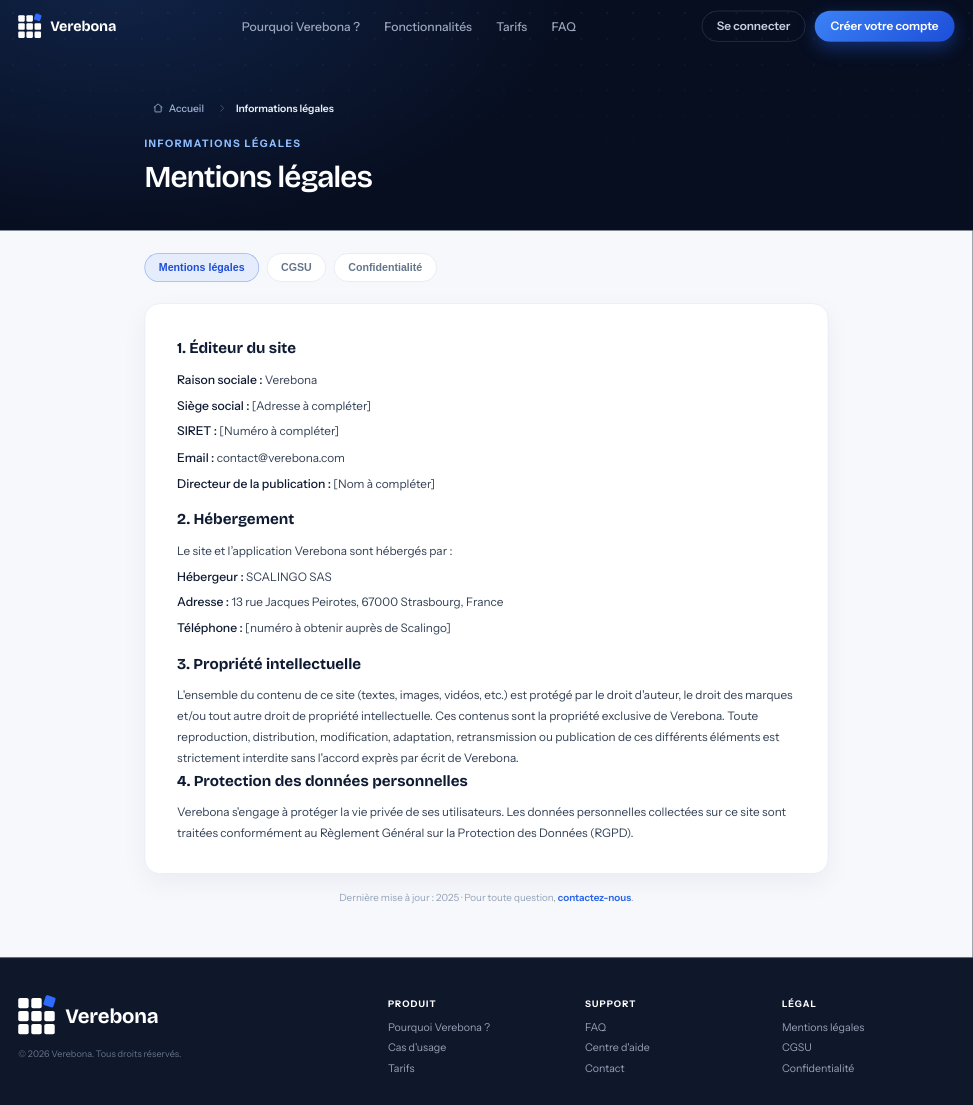
Repository: AdminVerebona/verebona-public
Page: /mentions-legales
An editor plug-in stored every save of this project. The page is shown before and after the next save, followed by the edit.
The browser window is 1280 px wide. The pictures show the whole page, at 76% of full size.
The project was rebuilt for these pictures with package versions that can differ from the ones it lists, and the page was loaded fresh each time. Also part of the build but not shown: next.config.mjs, vite.config.js, vite.config.ts, src/composables/useLanding.ts, src/sections/HeroSection.vue, src/sections/WhySection.vue, src/sections/UseCasesSection.vue, src/sections/FeaturesSection.vue and 6 more.

Above is the page before, as saved 2026-07-10 15:16:43.

### index.html
<!doctype html>
<html lang="fr">
  <head>
    <meta charset="UTF-8" />
    <meta name="viewport" content="width=device-width, initial-scale=1.0" />
    <title>Verebona — Centralisez, organisez, valorisez vos biens</title>
    <meta
      name="description"
      content="Verebona centralise vos biens, documents et échéances pour les retrouver facilement, anticiper les dates importantes et valoriser vos biens le moment venu."
    />
  </head>
  <body>
    <div id="app"></div>
    <script type="module" src="/src/main.ts"></script>
  </body>
</html>

### src/main.ts
import { createApp } from 'vue'
import App from './App.vue'
import router from './router'
import { vHover } from './directives/hover'
import './style.css'

createApp(App)
  .use(router)
  .directive('hover', vHover)
  .mount('#app')

### src/App.vue
<template>
  <div style="background:#070E20;color:#EAF0FB;overflow-x:hidden;min-height:100vh">
    <AppHeader />
    <router-view />
    <AppFooter />
  </div>
</template>

<script setup lang="ts">
import { onMounted, watch, nextTick } from 'vue'
import { useRoute } from 'vue-router'
import AppHeader from './components/AppHeader.vue'
import AppFooter from './components/AppFooter.vue'
import { useScrollReveal } from './composables/useScrollReveal'

const route = useRoute()
const { scan } = useScrollReveal()

onMounted(() => { scan() })

// Re-scan reveal targets whenever the route (page) changes.
watch(
  () => route.fullPath,
  () => { nextTick(() => setTimeout(scan, 60)) },
)
</script>

### src/router/index.ts
import { createRouter, createWebHistory } from 'vue-router'
import HomeView from '../views/HomeView.vue'

const routes = [
  { path: '/', name: 'home', component: HomeView },
  { path: '/aide', name: 'help', component: () => import('../views/HelpView.vue') },
  { path: '/contact', name: 'contact', component: () => import('../views/ContactView.vue') },
  { path: '/mentions-legales', name: 'legal-mentions', component: () => import('../views/LegalView.vue') },
  { path: '/cgu', name: 'legal-cgu', component: () => import('../views/LegalView.vue') },
  { path: '/confidentialite', name: 'legal-confid', component: () => import('../views/LegalView.vue') },
  { path: '/:pathMatch(.*)*', name: 'not-found', component: () => import('../views/NotFoundView.vue') },
]

const router = createRouter({
  history: createWebHistory(),
  routes,
  scrollBehavior(to) {
    if (to.hash) return { el: to.hash, behavior: 'smooth' }
    return { top: 0 }
  },
})

export default router

### src/directives/hover.ts
import type { Directive } from 'vue'

/**
 * v-hover — applies a set of inline styles while the pointer is over the
 * element, and restores the previous values on leave. Reproduces the
 * `style-hover` behaviour of the design prototype.
 *
 * Usage:  <a v-hover="{ color: '#fff', transform: 'translateY(-1px)' }">
 */
type HoverStyles = Record<string, string>

interface HoverEl extends HTMLElement {
  __hoverEnter?: () => void
  __hoverLeave?: () => void
}

export const vHover: Directive<HoverEl, HoverStyles> = {
  mounted(el, binding) {
    const styles = binding.value || {}
    const original: HoverStyles = {}

    const enter = () => {
      for (const key in styles) {
        original[key] = (el.style as any)[key]
        ;(el.style as any)[key] = styles[key]
      }
    }
    const leave = () => {
      for (const key in styles) {
        ;(el.style as any)[key] = original[key] || ''
      }
    }

    el.__hoverEnter = enter
    el.__hoverLeave = leave
    el.addEventListener('mouseenter', enter)
    el.addEventListener('mouseleave', leave)
  },
  unmounted(el) {
    if (el.__hoverEnter) el.removeEventListener('mouseenter', el.__hoverEnter)
    if (el.__hoverLeave) el.removeEventListener('mouseleave', el.__hoverLeave)
  },
}

### src/composables/useScrollReveal.ts
/**
 * Scroll-reveal: adds `.vb-in` to `.vb-reveal` / `.vb-rgroup` elements as they
 * enter the viewport (staggering the children of a group). Ported from the
 * prototype's IntersectionObserver logic. Honours prefers-reduced-motion and
 * has a safety timeout so content is never left hidden.
 */
let io: IntersectionObserver | null = null

const reduce =
  typeof window !== 'undefined' &&
  !!window.matchMedia &&
  window.matchMedia('(prefers-reduced-motion: reduce)').matches

if (!reduce && typeof document !== 'undefined') {
  document.documentElement.classList.add('vb-anim')
}

function revealAll() {
  document.querySelectorAll('.vb-reveal').forEach((e) => e.classList.add('vb-in'))
  document.querySelectorAll('.vb-rgroup > *').forEach((e) => e.classList.add('vb-in'))
}

function ensureObserver() {
  if (io || reduce || typeof window === 'undefined' || !('IntersectionObserver' in window)) return
  io = new IntersectionObserver(
    (entries) => {
      entries.forEach((entry) => {
        if (!entry.isIntersecting) return
        const el = entry.target as HTMLElement
        io!.unobserve(el)
        if (el.classList.contains('vb-rgroup')) {
          Array.from(el.children).forEach((c, i) => {
            ;(c as HTMLElement).style.transitionDelay = i * 90 + 'ms'
            c.classList.add('vb-in')
          })
        } else {
          el.classList.add('vb-in')
        }
      })
    },
    { threshold: 0.12, rootMargin: '0px 0px -8% 0px' },
  )
}

export function useScrollReveal() {
  function scan() {
    if (reduce || typeof window === 'undefined' || !('IntersectionObserver' in window)) {
      revealAll()
      return
    }
    ensureObserver()
    document.querySelectorAll('.vb-reveal, .vb-rgroup').forEach((el) => io!.observe(el))
    // Safety net: never leave content hidden.
    window.setTimeout(revealAll, 2200)
  }
  return { scan }
}

### src/views/LegalView.vue
<template>
<section style="position:relative;padding:128px 24px 48px;overflow:hidden;background:radial-gradient(1000px 560px at 12% -10%,rgba(59,130,246,.18),transparent 60%),#070E20">
  <div style="position:absolute;inset:0;background-image:radial-gradient(rgba(148,163,184,.09) 1px,transparent 1px);background-size:34px 34px;-webkit-mask-image:linear-gradient(to bottom,#000,transparent 85%);mask-image:linear-gradient(to bottom,#000,transparent 85%);pointer-events:none"></div>
  <div style="max-width:900px;margin:0 auto;position:relative">
    <nav aria-label="Fil d'Ariane" style="margin-bottom:24px"><ol style="display:flex;align-items:center;gap:6px;list-style:none;margin:0;padding:0;font-size:13.5px"><li style="display:flex;align-items:center"><a href="#" @click.prevent="goHome" style="display:inline-flex;align-items:center;gap:7px;color:#9FB4D8;font-weight:500;padding:6px 11px;border-radius:9px;cursor:pointer;transition:color .15s,background .15s" v-hover="{color:'#fff',background:'rgba(255,255,255,.06)'}"><svg width="14" height="14" viewBox="0 0 24 24" fill="none" stroke="currentColor" stroke-width="1.9" stroke-linecap="round" stroke-linejoin="round"><path d="M3 10.5 12 3l9 7.5"/><path d="M5 9.5V20a1 1 0 0 0 1 1h12a1 1 0 0 0 1-1V9.5"/></svg>Accueil</a></li><li aria-hidden="true" style="display:flex;color:#42557A"><svg width="15" height="15" viewBox="0 0 24 24" fill="none" stroke="currentColor" stroke-width="2" stroke-linecap="round" stroke-linejoin="round"><path d="M9 6l6 6-6 6"/></svg></li><li aria-current="page" style="color:#EAF0FB;font-weight:600;padding:6px 4px">{{ crumbLabel }}</li></ol></nav>
    <div style="font-size:13.5px;letter-spacing:.15em;text-transform:uppercase;font-weight:800;color:#8FBEFF;margin-bottom:16px">Informations légales</div>
    <h1 style="font-size:40px;line-height:1.08;font-weight:600;letter-spacing:-.025em;color:#fff">{{ legalTitle }}</h1>
  </div>
</section>
<section style="background:#F6F8FC;padding:30px 24px 72px">
  <div style="max-width:900px;margin:0 auto">
    <div style="display:flex;flex-wrap:wrap;gap:10px;margin-bottom:28px">
      <button type="button" :style="legalMentionsStyle" @click.prevent="goMentions">Mentions légales</button>
      <button type="button" :style="legalCGUStyle" @click.prevent="goCGU">CGSU</button>
      <button type="button" :style="legalConfidStyle" @click.prevent="goConfid">Confidentialité</button>
    </div>
    <div style="background:#fff;border:1px solid #E6EBF3;border-radius:20px;padding:40px 42px;box-shadow:0 12px 34px rgba(15,27,51,.05)">
      <template v-if="isMentions">
        <div style="font-size:15.5px;line-height:1.75;color:#334155">
          <h2 style="font-size:20px;font-weight:700;color:#0F1B33;font-family:'Bricolage Grotesque',sans-serif;margin:0 0 10px">1. Éditeur du site</h2>
          <p style="margin:0 0 6px"><span style="font-size:16px;font-weight:500;color:#0F1B33">Raison sociale :</span> Verebona</p>
          <p style="margin:0 0 6px"><span style="font-size:16px;font-weight:500;color:#0F1B33">Siège social :</span> [Adresse à compléter]</p>
          <p style="margin:0 0 6px"><span style="font-size:16px;font-weight:500;color:#0F1B33">SIRET :</span> [Numéro à compléter]</p>
          <p style="margin:0 0 6px"><span style="font-size:16px;font-weight:500;color:#0F1B33">Email :</span> contact@verebona.com</p>
          <p style="margin:0 0 16px"><span style="font-size:16px;font-weight:500;color:#0F1B33">Directeur de la publication :</span> [Nom à compléter]</p>
          <h2 style="font-size:20px;font-weight:700;color:#0F1B33;font-family:'Bricolage Grotesque',sans-serif;margin:0 0 10px">2. Hébergement</h2>
          <p style="margin:0 0 6px">Le site et l’application Verebona sont hébergés par : </p>
          <p style="margin:0 0 6px"><span style="font-size:16px;font-weight:500;color:#0F1B33">Hébergeur :</span> SCALINGO SAS</p>
          <p style="margin:0 0 6px"><span style="font-size:16px;font-weight:500;color:#0F1B33">Adresse :</span> 13 rue Jacques Peirotes, 67000 Strasbourg, France</p>
          <p style="margin:0 0 16px"><span style="font-size:16px;font-weight:500;color:#0F1B33">Téléphone :</span> [numéro à obtenir auprès de Scalingo]</p>
          <h2 style="font-size:20px;font-weight:700;color:#0F1B33;font-family:'Bricolage Grotesque',sans-serif;margin:0 0 10px">3. Propriété intellectuelle</h2>
          <p style="margin:0">L'ensemble du contenu de ce site (textes, images, vidéos, etc.) est protégé par le droit d'auteur, le droit des marques et/ou tout autre droit de propriété intellectuelle. Ces contenus sont la propriété exclusive de Verebona. Toute reproduction, distribution, modification, adaptation, retransmission ou publication de ces différents éléments est strictement interdite sans l'accord exprès par écrit de Verebona.</p>
        <h2 style="font-size:20px;font-weight:700;color:#0F1B33;font-family:'Bricolage Grotesque',sans-serif;margin:0 0 10px">4. Protection des données personnelles</h2>
          <p style="margin:0">Verebona s'engage à protéger la vie privée de ses utilisateurs. Les données personnelles collectées sur ce site sont traitées conformément au Règlement Général sur la Protection des Données (RGPD).</p>

        </div>
      </template>
      <template v-if="isCGU">
        <div style="font-size:15.5px;line-height:1.75;color:#334155">
          <h2 style="font-size:20px;font-weight:700;color:#0F1B33;font-family:'Bricolage Grotesque',sans-serif;margin:0 0 10px">1. Objet</h2>
          <p style="margin:0 0 22px">Les présentes conditions générales de service et d'utilisation (CGSU) définissent les modalités d'accès et d'utilisation de la plateforme Verebona, service de centralisation et d'organisation documentaire du patrimoine.</p>
          <h2 style="font-size:20px;font-weight:700;color:#0F1B33;font-family:'Bricolage Grotesque',sans-serif;margin:0 0 10px">2. Compte et abonnement</h2>
          <p style="margin:0 0 22px">L'accès au service nécessite la création d'un compte et la souscription d'une offre. L'utilisateur s'engage à fournir des informations exactes et à préserver la confidentialité de ses identifiants.</p>
          <h2 style="font-size:20px;font-weight:700;color:#0F1B33;font-family:'Bricolage Grotesque',sans-serif;margin:0 0 10px">3. Nature du service</h2>
          <p style="margin:0 0 22px">Verebona est une plateforme d'organisation. Les documents importés ne sont ni certifiés, ni validés, ni garantis juridiquement. L'utilisateur reste seul responsable de l'exactitude des informations qu'il enregistre.</p>
          <h2 style="font-size:20px;font-weight:700;color:#0F1B33;font-family:'Bricolage Grotesque',sans-serif;margin:0 0 10px">4. Responsabilités</h2>
          <p style="margin:0 0 22px">Verebona met en œuvre les moyens raisonnables pour assurer la disponibilité et la sécurité du service, sans obligation de résultat concernant une disponibilité ininterrompue.</p>
          <h2 style="font-size:20px;font-weight:700;color:#0F1B33;font-family:'Bricolage Grotesque',sans-serif;margin:0 0 10px">5. Résiliation</h2>
          <p style="margin:0">L'utilisateur peut résilier son abonnement à tout moment. Des modalités de récupération des données sont prévues afin d'éviter tout verrouillage à la fin du contrat.</p>
        </div>
      </template>
      <template v-if="isConfid">
        <div style="font-size:15.5px;line-height:1.75;color:#334155">
          <h2 style="font-size:20px;font-weight:700;color:#0F1B33;font-family:'Bricolage Grotesque',sans-serif;margin:0 0 10px">Données collectées</h2>
          <p style="margin:0 0 22px">Verebona collecte les données nécessaires au fonctionnement du service : informations de compte, contenus importés (fiches de biens, documents) et données d'usage strictement utiles à l'amélioration du service.</p>
          <h2 style="font-size:20px;font-weight:700;color:#0F1B33;font-family:'Bricolage Grotesque',sans-serif;margin:0 0 10px">Finalités</h2>
          <p style="margin:0 0 22px">Les données sont traitées pour fournir le service, assurer la sécurité, et répondre aux obligations légales. Elles ne sont jamais cédées à des tiers à des fins commerciales.</p>
          <h2 style="font-size:20px;font-weight:700;color:#0F1B33;font-family:'Bricolage Grotesque',sans-serif;margin:0 0 10px">Sécurité</h2>
          <p style="margin:0 0 22px">Vos données sont chiffrées lors du stockage et des échanges, et hébergées sur une infrastructure sécurisée au sein de l'Union européenne.</p>
          <h2 style="font-size:20px;font-weight:700;color:#0F1B33;font-family:'Bricolage Grotesque',sans-serif;margin:0 0 10px">Vos droits</h2>
          <p style="margin:0">Conformément au RGPD, vous disposez d'un droit d'accès, de rectification, de portabilité et de suppression de vos données. Pour exercer ces droits, écrivez à contact@verebona.com.</p>
        </div>
      </template>
    </div>
    <p style="font-size:13px;color:#94A3B8;margin-top:22px;text-align:center">Dernière mise à jour : 2025 · Pour toute question, <a href="#" @click.prevent="goContact" style="color:#2563EB;font-weight:600">contactez-nous</a>.</p>
  </div>
</section>
</template>

<script setup lang="ts">
import { useLegal } from '../composables/useLegal'
import { useNav } from '../composables/useNav'
const { isMentions, isCGU, isConfid, legalTitle, legalMentionsStyle, legalCGUStyle, legalConfidStyle, crumbLabel } = useLegal()
const { goHome, goContact, goMentions, goCGU, goConfid } = useNav()
</script>

### src/composables/useNav.ts
import { ref, computed, nextTick } from 'vue'
import { useRouter, useRoute } from 'vue-router'

// Shared across header + footer + mobile menu.
const menuOpen = ref(false)

/**
 * useNav — header/footer navigation. Page links use vue-router; the four
 * in-page section links (Pourquoi / Fonctionnalités / Tarifs / FAQ) route to
 * home first if needed, then smooth-scroll to the anchor.
 */
export function useNav() {
  const router = useRouter()
  const route = useRoute()

  const toggleMenu = () => { menuOpen.value = !menuOpen.value }
  const closeMenu = () => { menuOpen.value = false }

  function scrollToId(id: string) {
    const el = document.getElementById(id)
    if (el && el.scrollIntoView) {
      try { el.scrollIntoView({ behavior: 'smooth', block: 'start' }) } catch { /* noop */ }
    }
  }
  function goToAnchor(id: string) {
    closeMenu()
    if (route.path !== '/') {
      router.push('/').then(() => nextTick(() => setTimeout(() => scrollToId(id), 80)))
    } else {
      scrollToId(id)
    }
  }

  const goHome = () => { closeMenu(); router.push('/') }
  const goAide = () => { closeMenu(); router.push('/aide') }
  const goContact = () => { closeMenu(); router.push('/contact') }
  const goMentions = () => { closeMenu(); router.push('/mentions-legales') }
  const goCGU = () => { closeMenu(); router.push('/cgu') }
  const goConfid = () => { closeMenu(); router.push('/confidentialite') }

  const navPourquoi = () => goToAnchor('pourquoi')
  const navFeatures = () => goToAnchor('features')
  const navPricing = () => goToAnchor('pricing')
  const navFaq = () => goToAnchor('faq')
  const navCasUsage = () => goToAnchor('cas-usage')

  const burgerBase = 'display:block;width:20px;height:2px;border-radius:2px;background:#fff;transition:transform .25s,opacity .25s;'
  const burgerTop = computed(() => burgerBase + 'transform:' + (menuOpen.value ? 'translateY(6px) rotate(45deg)' : 'none'))
  const burgerMid = computed(() => burgerBase + 'opacity:' + (menuOpen.value ? '0' : '1'))
  const burgerBot = computed(() => burgerBase + 'transform:' + (menuOpen.value ? 'translateY(-6px) rotate(-45deg)' : 'none'))

  return {
    menuOpen, toggleMenu, closeMenu,
    goHome, goAide, goContact, goMentions, goCGU, goConfid,
    navPourquoi, navFeatures, navPricing, navFaq, navCasUsage,
    burgerTop, burgerMid, burgerBot,
  }
}

### src/composables/useLegal.ts
import { computed } from 'vue'
import { useRoute } from 'vue-router'

/**
 * Legal page — a single view with three tabs (mentions / cgu / confid),
 * each mapped to its own route so they are independently linkable & indexable:
 *   /mentions-legales   /cgu   /confidentialite
 */
export function useLegal() {
  const route = useRoute()

  const tab = computed<'mentions' | 'cgu' | 'confid'>(() => {
    if (route.path.includes('cgu')) return 'cgu'
    if (route.path.includes('confidentialite')) return 'confid'
    return 'mentions'
  })

  const isMentions = computed(() => tab.value === 'mentions')
  const isCGU = computed(() => tab.value === 'cgu')
  const isConfid = computed(() => tab.value === 'confid')

  const legalTitle = computed(() =>
    tab.value === 'cgu'
      ? "Conditions générales de service et d'utilisation"
      : tab.value === 'confid'
        ? 'Politique de confidentialité'
        : 'Mentions légales',
  )

  const tabStyle = (a: boolean) =>
    `padding:10px 18px;border-radius:999px;font-size:14px;font-weight:600;cursor:pointer;border:1px solid ${a ? 'rgba(37,99,235,.4)' : '#E2E8F0'};background:${a ? 'rgba(37,99,235,.08)' : '#fff'};color:${a ? '#1D4ED8' : '#64748B'};transition:all .15s`

  const legalMentionsStyle = computed(() => tabStyle(isMentions.value))
  const legalCGUStyle = computed(() => tabStyle(isCGU.value))
  const legalConfidStyle = computed(() => tabStyle(isConfid.value))

  return {
    isMentions, isCGU, isConfid, legalTitle,
    legalMentionsStyle, legalCGUStyle, legalConfidStyle,
    crumbLabel: 'Informations légales',
  }
}

Loaded but not shown: src/components/AppHeader.vue (68 lines, source omitted); src/components/AppFooter.vue (21 lines, source omitted); src/style.css (59 lines, source omitted)

After the next save:
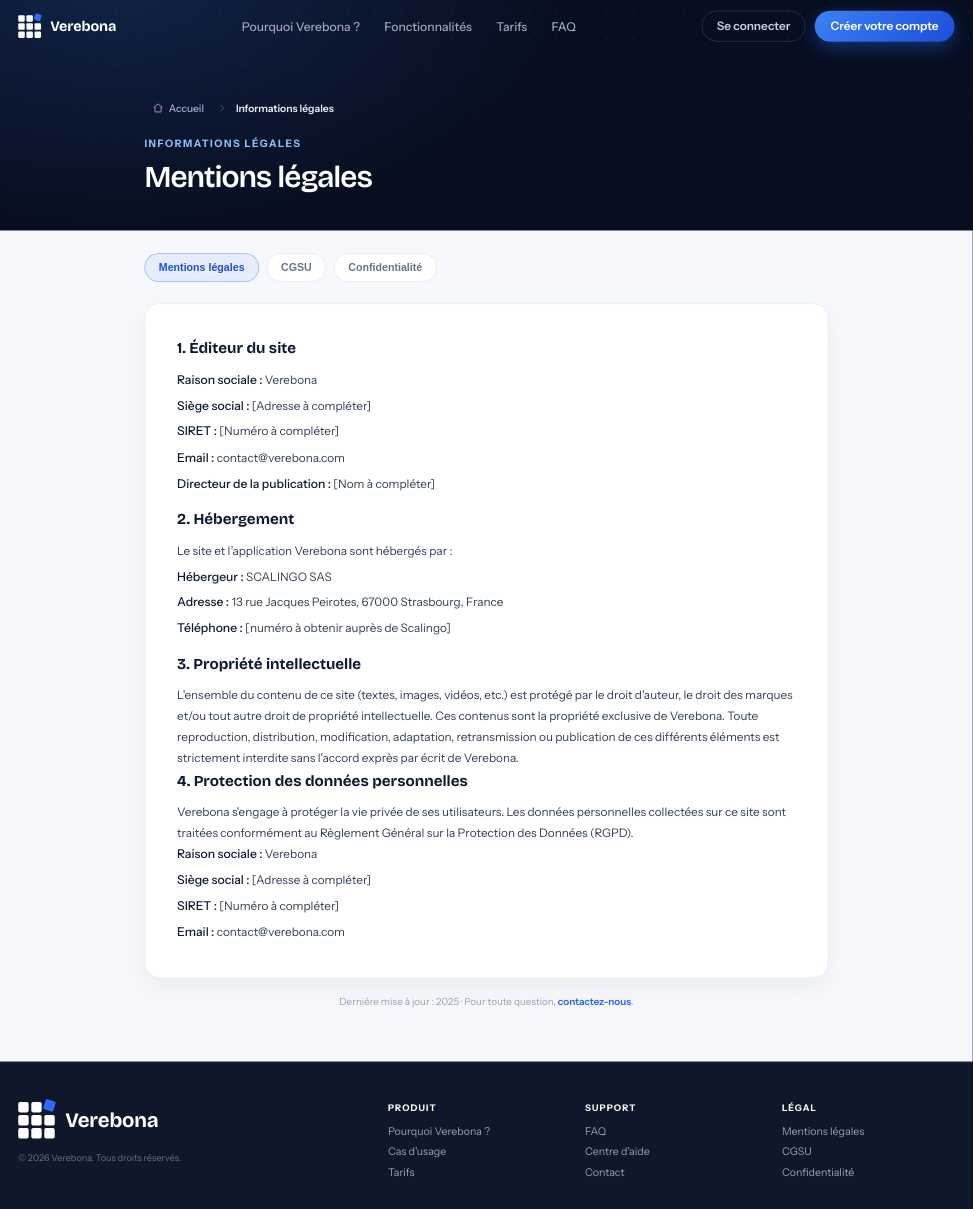
Saved 32 s later.
--- a/src/views/LegalView.vue
+++ b/src/views/LegalView.vue
@@ -30,9 +30,12 @@
           <p style="margin:0 0 16px"><span style="font-size:16px;font-weight:500;color:#0F1B33">Téléphone :</span> [numéro à obtenir auprès de Scalingo]</p>
           <h2 style="font-size:20px;font-weight:700;color:#0F1B33;font-family:'Bricolage Grotesque',sans-serif;margin:0 0 10px">3. Propriété intellectuelle</h2>
           <p style="margin:0">L'ensemble du contenu de ce site (textes, images, vidéos, etc.) est protégé par le droit d'auteur, le droit des marques et/ou tout autre droit de propriété intellectuelle. Ces contenus sont la propriété exclusive de Verebona. Toute reproduction, distribution, modification, adaptation, retransmission ou publication de ces différents éléments est strictement interdite sans l'accord exprès par écrit de Verebona.</p>
-        <h2 style="font-size:20px;font-weight:700;color:#0F1B33;font-family:'Bricolage Grotesque',sans-serif;margin:0 0 10px">4. Protection des données personnelles</h2>
+          <h2 style="font-size:20px;font-weight:700;color:#0F1B33;font-family:'Bricolage Grotesque',sans-serif;margin:0 0 10px">4. Protection des données personnelles</h2>
           <p style="margin:0">Verebona s'engage à protéger la vie privée de ses utilisateurs. Les données personnelles collectées sur ce site sont traitées conformément au Règlement Général sur la Protection des Données (RGPD).</p>
-
+          <p style="margin:0 0 6px"><span style="font-size:16px;font-weight:500;color:#0F1B33">Raison sociale :</span> Verebona</p>
+          <p style="margin:0 0 6px"><span style="font-size:16px;font-weight:500;color:#0F1B33">Siège social :</span> [Adresse à compléter]</p>
+          <p style="margin:0 0 6px"><span style="font-size:16px;font-weight:500;color:#0F1B33">SIRET :</span> [Numéro à compléter]</p>
+          <p style="margin:0 0 6px"><span style="font-size:16px;font-weight:500;color:#0F1B33">Email :</span> contact@verebona.com</p>
         </div>
       </template>
       <template v-if="isCGU">
